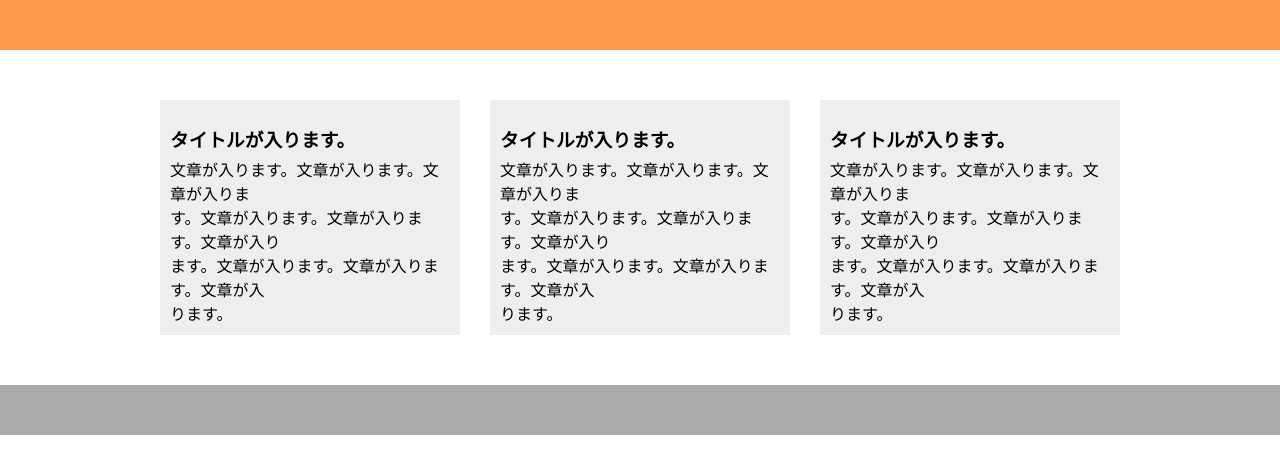
Repository: tkikokiko/webcamp-practice
Page: 1-9/index1-9-2.html
The author's editor kept a record of every edit. The page is drawn from the files as they stood at one moment, then again after the next edit.
The browser window is 1280 px wide. The pictures show the whole page.

Above is the page before.

### 1-9/index1-9-2.html
<!DOCTYPE html>
<html lang="ja">
  <head>
    <meta charset="utf-8" />
    <link rel="stylesheet" href="style1-9-2.css" type="text/css" />
    <title>kadai1-9-2</title>
  </head>

  <body>
    <header></header>

    <main>
      <div class="main-box">
        <div class="main-image"></div>
        <div class="main-step"></div>
        <div class="main-contents">
          <h3 class="main-title">タイトルが入ります。</h3>
          <p class="main-text">
            文章が入ります。文章が入ります。文章が入りま <br>
            す。文章が入ります。文章が入ります。文章が入り <br>
            ます。文章が入ります。文章が入ります。文章が入 <br>
            ります。
          </p>
        </div>
      </div>

      <div class="main-box">
        <div class="main-image"></div>
        <div class="main-step"></div>
        <div class="main-contents">
          <h3 class="main-title">タイトルが入ります。</h3>
          <p class="main-text">
            文章が入ります。文章が入ります。文章が入りま <br>
            す。文章が入ります。文章が入ります。文章が入り <br>
            ます。文章が入ります。文章が入ります。文章が入 <br>
            ります。
          </p>
        </div>
      </div>

      <div class="main-box">
        <div class="main-image"></div>
        <div class="main-step"></div>
        <div class="main-contents">
          <h3 class="main-title">タイトルが入ります。</h3>
          <p class="main-text">
            文章が入ります。文章が入ります。文章が入りま <br>
            す。文章が入ります。文章が入ります。文章が入り <br>
            ます。文章が入ります。文章が入ります。文章が入 <br>
            ります。
          </p>
        </div>
      </div>

    </main>

    <footer></footer>

  </body>
</html>

### 1-9/style1-9-2.css
* {
  margin: 0;
  padding: 0;
  box-sizing: border-box;
}

header {
  width: 100%;
  height: 50px;
  background-color: #ff9a4b;
}

main {
  margin: 50px auto;
  width: 960px;
  display: flex;
  justify-content: center;
}

.main-box {
  width: 300px;
  margin-right: 30px;
  padding: 10px;
  background-color: #eeeeee;
  position: relative;
}

.main-box:last-child {
  margin-right: 0;
}

.main-step {
  position: absolute;
  top: 0;
  left: 0;
  color: #ffffff;
  display: inline-block;
  background-color: #ff9a4b;
}

/*.main-contents {*/
/*  width: 300px;*/
/*  padding: 10px;*/
/*}*/

.main-image1 {
  height: 150px;
  padding: 10px;
  background-image: url(img/flow01.png);
  background-size: cover;
  background-position: bottom;
}

.main-image2 {
  height: 150px;
  background-image: url(img/flow02.png);
  background-size: cover;
  background-position: bottom;
}

.main-image3 {
  height: 150px;
  background-image: url(img/flow03.png);
  background-size: cover;
  background-position: bottom;
}

.main-title {
  margin: 15px 0 5px;
  /*display: inline-block;*/
  /*padding-top: 15px;*/
}

/*.main-text {*/
/*  display: inline-block;*/
/*  margin-top: 5px;*/
/*  font-size: 12px;*/
/*}*/


footer {
  width: 100%;
  height: 50px;
  background-color: #aaaaaa;
}

After the next edit:
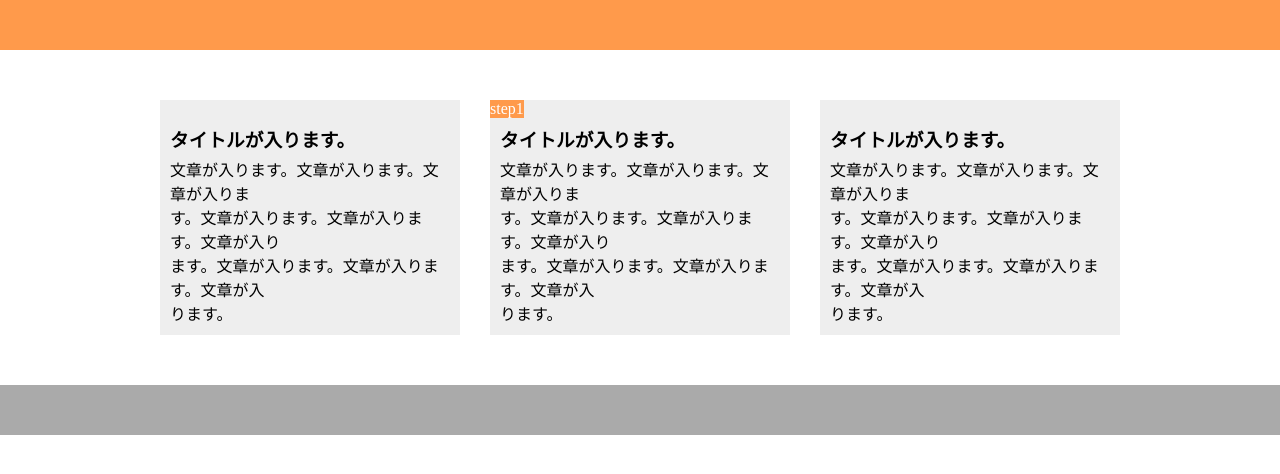
The edit:
--- a/1-9/index1-9-2.html
+++ b/1-9/index1-9-2.html
@@ -26,7 +26,7 @@
 
       <div class="main-box">
         <div class="main-image"></div>
-        <div class="main-step"></div>
+        <p class="main-step">step1</p>
         <div class="main-contents">
           <h3 class="main-title">タイトルが入ります。</h3>
           <p class="main-text">
